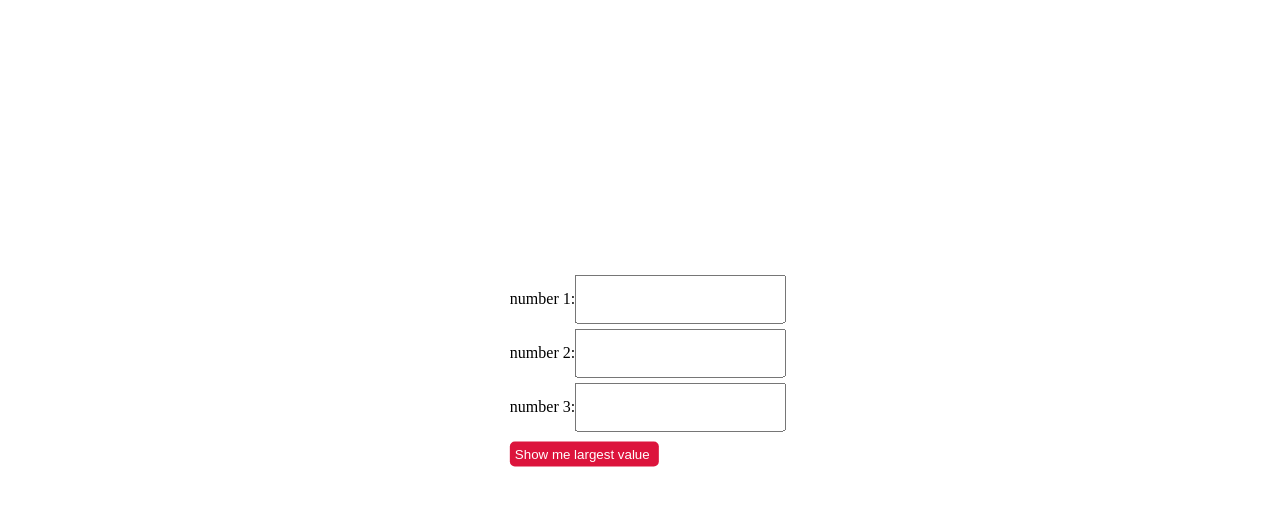
Repository: pkc189/Techment
Page: Advance Java Server Side/HelloWorld/WebContent/Largest.html
These files come from the project's save history. The page is drawn as it stood at one moment and after the next save; the edit follows.
The browser window is 1280 px wide. The pictures show the whole page.

Above is the page before, as saved 2021-08-20 08:26:33.

After the next save:
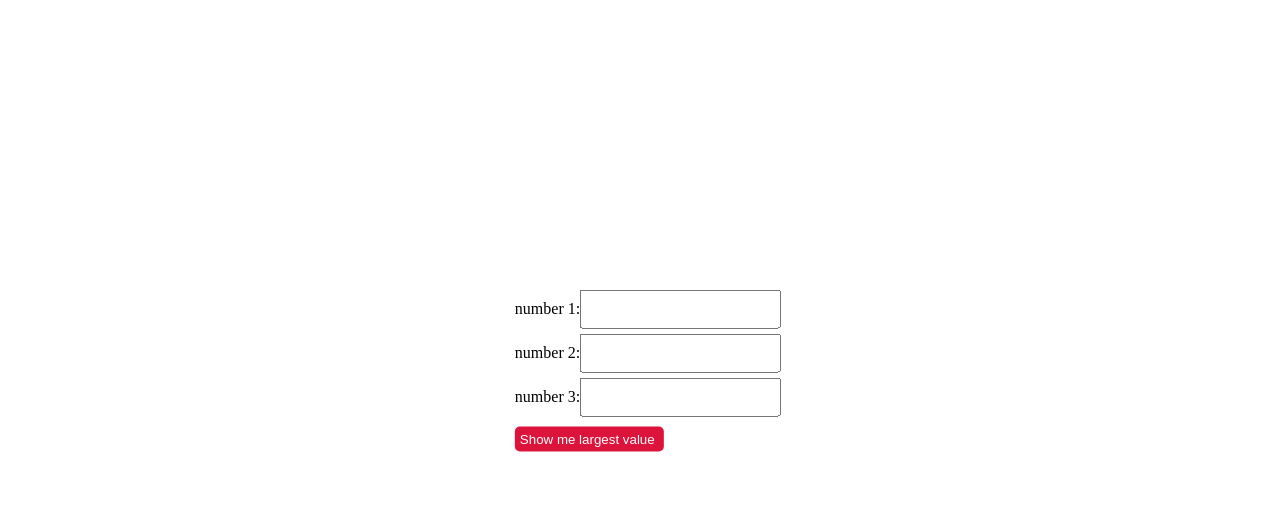
Saved 12 s later.
--- a/Advance Java Server Side/HelloWorld/WebContent/Largest.html
+++ b/Advance Java Server Side/HelloWorld/WebContent/Largest.html
@@ -20,7 +20,7 @@ margin-top:10px;
 }
 input{
 margin-top:5px;
-padding:15px
+padding:10px
 
 }
 
